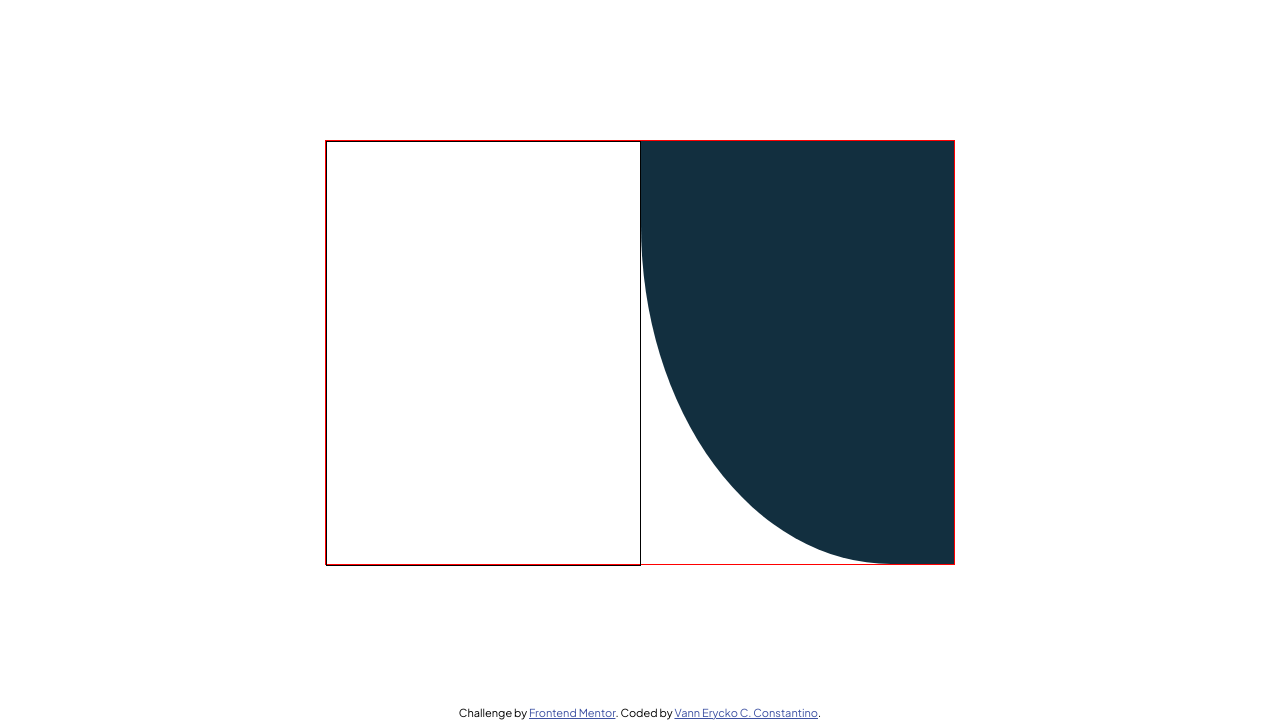
Repository: kocokoy/mortgage-repayment-calculator
Page: index.html
The author's editor kept a copy of each file at every save. The page is drawn from the files as they stood at one save, then again after the next save.
The browser window is 1280 px wide. The pictures show the whole page.

Above is the page before, as saved 2024-10-29 09:48:30.

### index.html
<!DOCTYPE html>
<html lang="en">
<head>
  <meta charset="UTF-8">
  <meta name="viewport" content="width=device-width, initial-scale=1.0"> <!-- displays site properly based on user's device -->

  <link rel="icon" type="image/png" sizes="32x32" href="./assets/images/favicon-32x32.png">
  <link rel="stylesheet" href="/styles/style.css">
  <link rel="preconnect" href="https://fonts.googleapis.com">
<link rel="preconnect" href="https://fonts.gstatic.com" crossorigin>
<link href="https://fonts.googleapis.com/css2?family=Karla:ital,wght@0,200..800;1,200..800&family=Plus+Jakarta+Sans:ital,wght@0,200..800;1,200..800&family=Red+Hat+Text:ital,wght@0,300..700;1,300..700&display=swap" rel="stylesheet">

  <title>Frontend Mentor | Mortgage repayment calculator</title>
</head>
<body>
  <div class="container">
    <div class="container-card">
      <div class="mortgage-calculator-side"></div>
      <div class="result-side"></div>
    </div>
  </div>


  <div class="attribution">
    Challenge by <a href="https://www.frontendmentor.io?ref=challenge">Frontend Mentor</a>.
    Coded by <a href="#">Vann Erycko C. Constantino</a>.
  </div>
</body>
</html>

### styles/style.css
:root{
/* Primary */

--lime: hsl(61, 70%, 52%);
--red: hsl(4, 69%, 50%);

/* Neutral */

--white: hsl(0, 0%, 100%);
--slate100: hsl(202, 86%, 94%);
--slate300: hsl(203, 41%, 72%);
--slate500: hsl(200, 26%, 54%);
--slate700: hsl(200, 24%, 40%);
--slate900: hsl(202, 55%, 16%);
}

.attribution {
  font-size: 11px; text-align: center;
 }
.attribution a {
  color: hsl(228, 45%, 44%);
 }

body{
  margin: 0;
  padding: 0;
  font-family: Plus Jakarta Sans;
}
.container{
  height: 98vh;
  display: flex;
  flex-direction: column;
  justify-content: center;
  align-items: center;
}
.container-card{
  display: flex;
  flex-direction: row;
  border: 1px solid red;
  height: 60%;
  width: 49%;
  background-color: var(--white);
}
.mortgage-calculator-side{
height: 100%;
width: 50%;
border: 1px solid black;
}
.result-side{
  height: 100%;
  width: 50%;
  background-color: var(--slate900);
  border-bottom-left-radius: 80%;
}

After the next save:
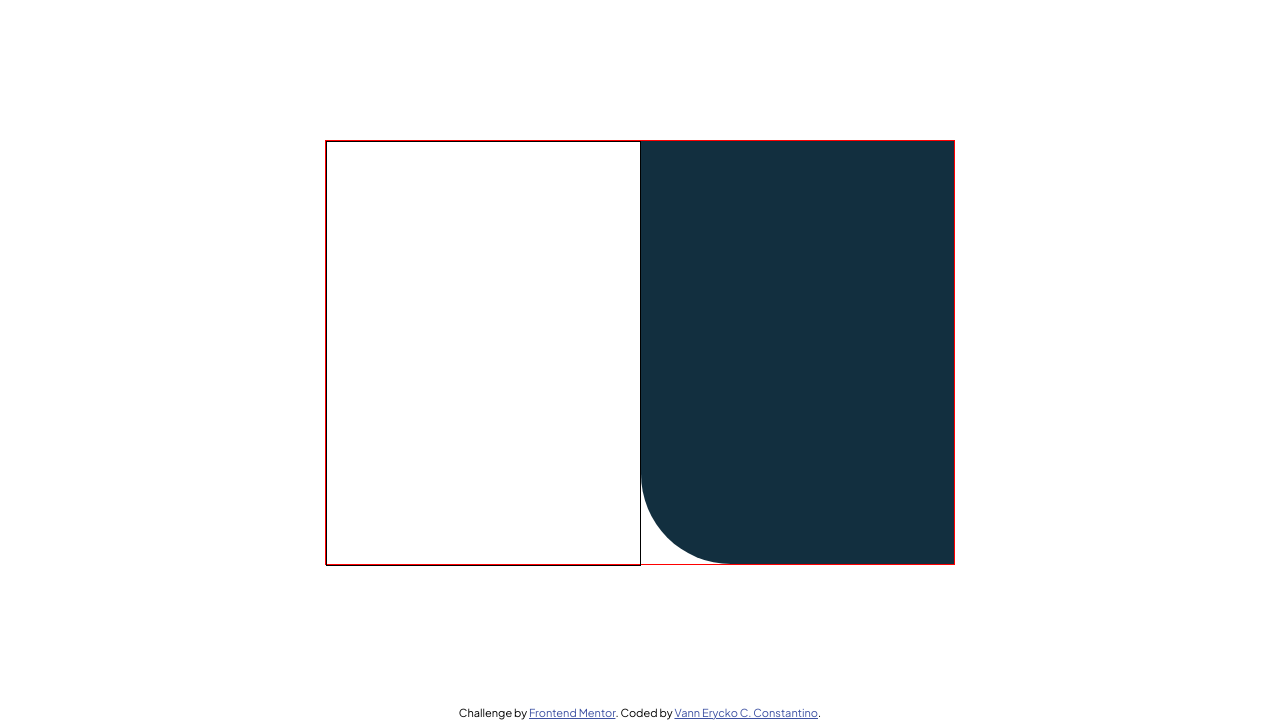
Saved 5 s later.
--- a/styles/style.css
+++ b/styles/style.css
@@ -50,5 +50,5 @@ border: 1px solid black;
   height: 100%;
   width: 50%;
   background-color: var(--slate900);
-  border-bottom-left-radius: 80%;
+  border-bottom-left-radius: 90px;
 }
